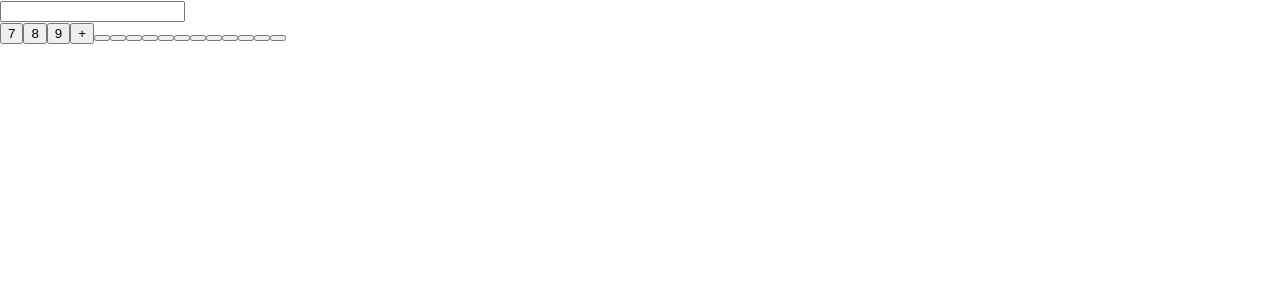
Repository: rajratangm/calculator
Page: /
An editor plug-in stored every save of this project. The page is shown before and after a run of saves, followed by the edit.
The browser window is 1280 px wide. The pictures show the whole page.
The project was rebuilt for these pictures with package versions that can differ from the ones it lists, and the page was loaded fresh each time. Also part of the build but not shown: src/App.css.

Above is the page before, as saved 2024-04-03 10:54:19.

### src/App.js
import logo from './logo.svg';
import './App.css';
import { useState } from 'react';

function App() {
  const [result, setResult]= useState('')
  return (
    <>
    <div className='container'>
      <form>
        <input type='text' value={result}/>
      </form>
      <div className='keypad'>
        <button>7</button>
        <button>8</button>
        <button>9</button>
        <button>+</button>

        <button></button>
        <button></button>
        <button></button>
        <button></button>

        <button></button>
        <button></button>
        <button></button>
        <button></button>

        <button></button>
        <button></button>
        <button></button>
        <button></button>

      </div>
    </div>

    </>
  );
}

export default App;

Loaded but not shown: public/index.html (common file); src/index.js (common file); src/index.css (common file); src/reportWebVitals.js (common file)

After the next 5 saves:
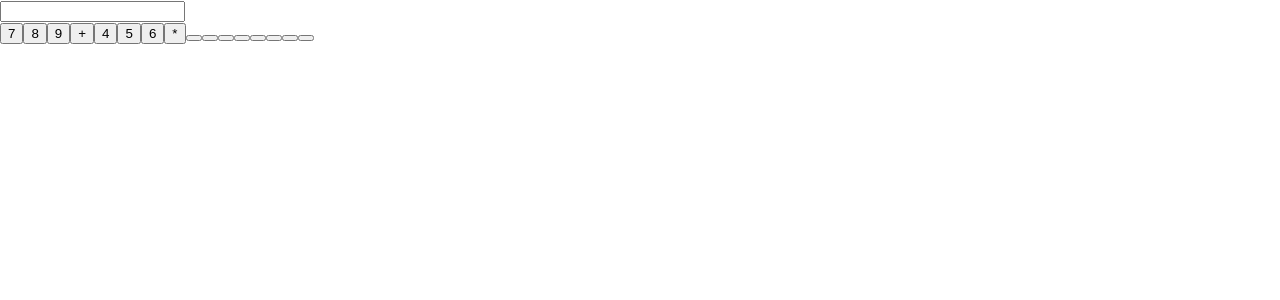
The 5 saves are shown as one change because they came seconds apart.
The last was saved 16 s later.
--- a/src/App.js
+++ b/src/App.js
@@ -16,10 +16,10 @@ function App() {
         <button>9</button>
         <button>+</button>
 
-        <button></button>
-        <button></button>
-        <button></button>
-        <button></button>
+        <button>4</button>
+        <button>5</button>
+        <button>6</button>
+        <button>*</button>
 
         <button></button>
         <button></button>
